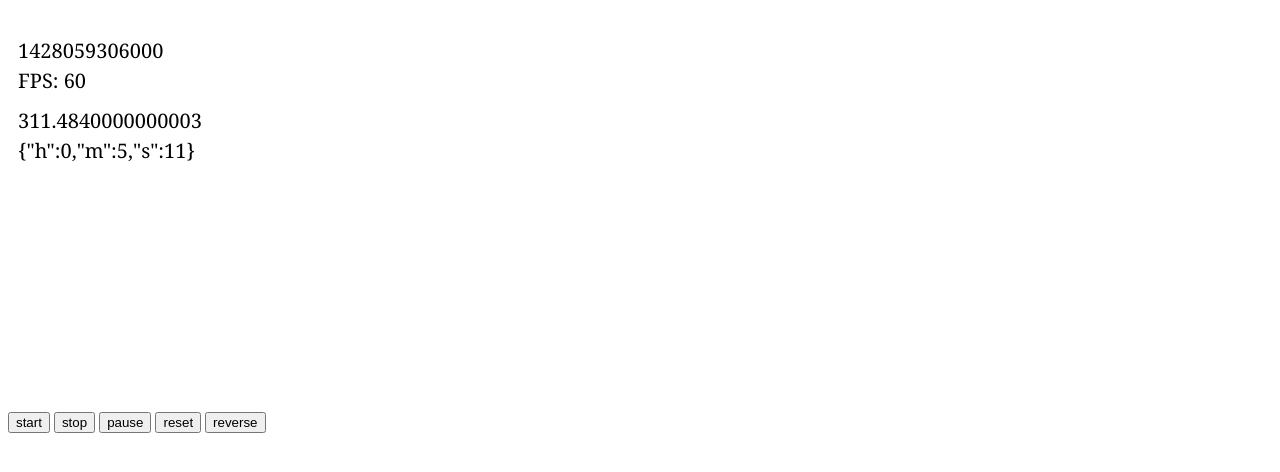
Repository: WebRTCGame/game-timer
Page: timer_index.html
The author's editor kept a record of every edit. The page is drawn from the files as they stood at one moment, then again after the next edit.
The browser window is 1280 px wide. The pictures show the whole page.

Above is the page before.

After the next edit:
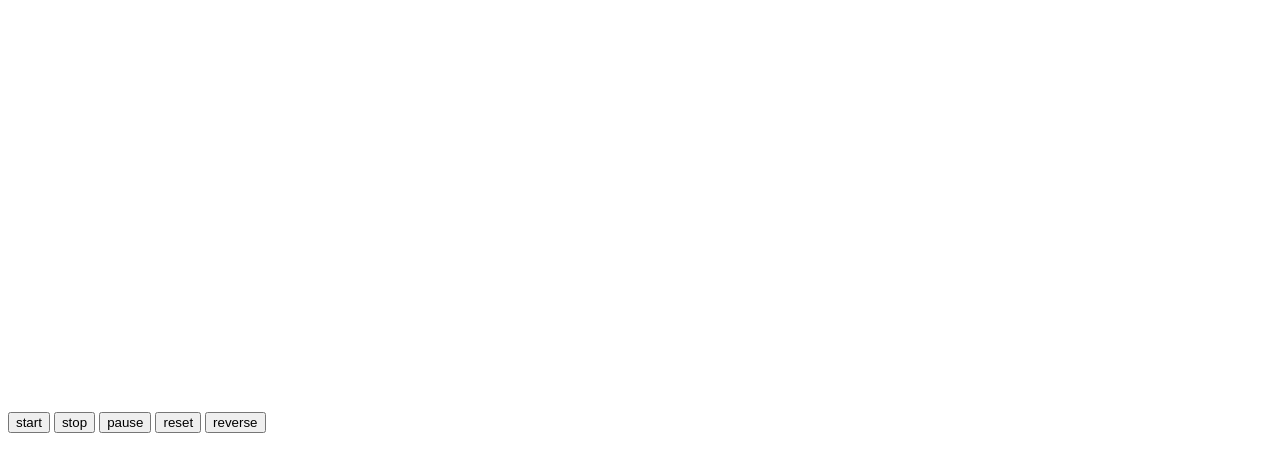
Console error: SyntaxError: Unexpected token 'export'
The edit:
--- a/timer.js
+++ b/timer.js
@@ -1,4 +1,4 @@
-var Timer = function(initialTicks) {
+export var Timer = function(initialTicks) {
 
     if (typeof initialTicks === "number") {
         this.initialTicks = initialTicks || 0;
